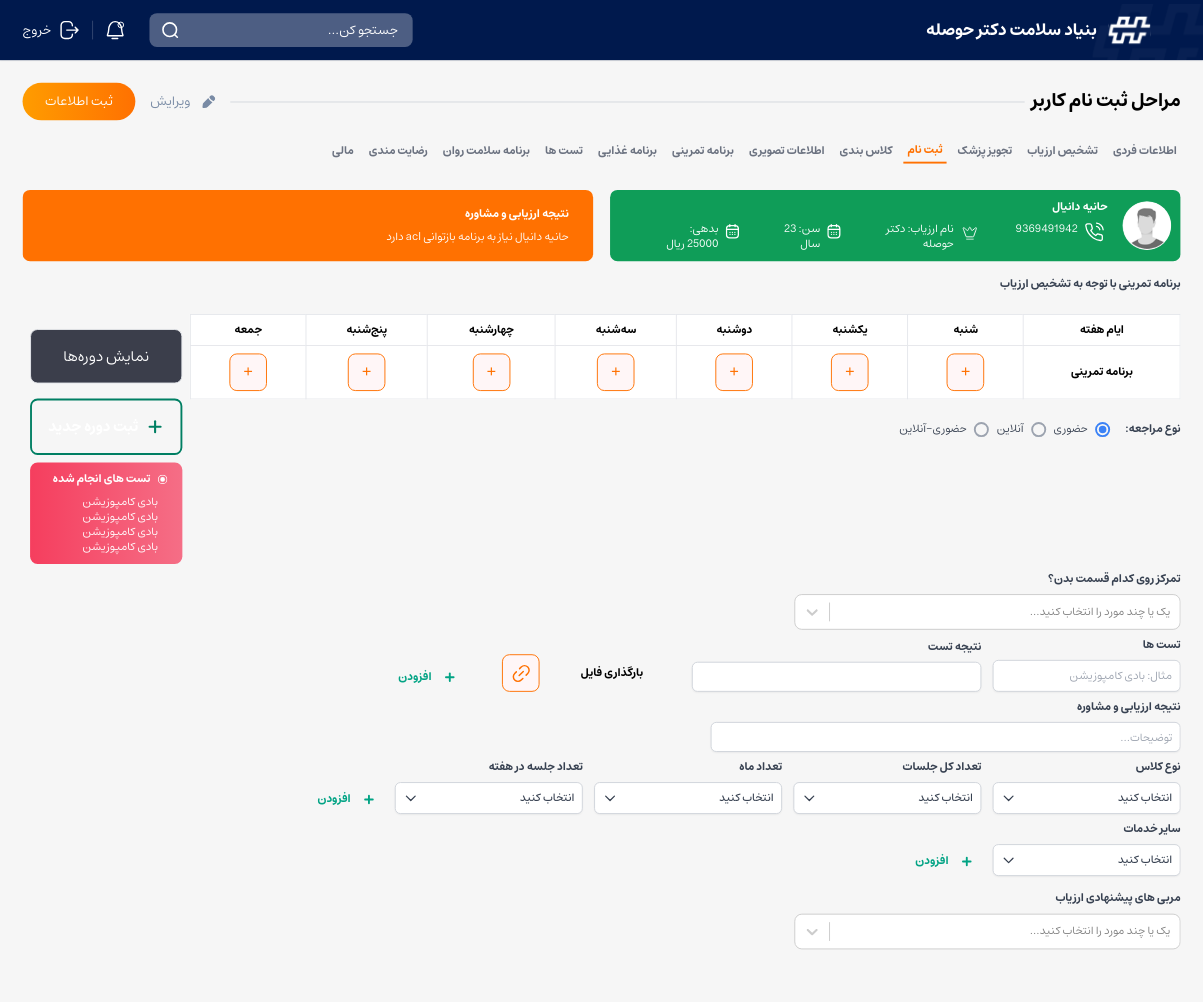
Repository: mirnajafi/ERP_hoseleh_V1.0
Page: /register, after clicking the first element matching `div.flex > :nth-child(4)`
The author's editor kept a copy of each file at every save. The page is drawn from the files as they stood at one save, then again after a run of saves.
The browser window is 1280 px wide. The pictures show the whole page, at 94% of full size.
Some web fonts or font styles are not loaded; a fallback is used. The project was rebuilt for these pictures with package versions that can differ from the ones it lists, and the page was loaded fresh each time. The framework's server and built-in components were replaced by stand-ins that run in the browser. Also part of the build but not shown: next.config.mjs, src/components/icons/trash.tsx, src/components/weekTable/weekTable.css, src/components/icons/copy.tsx, src/components/recognitionEvaluator/recognitionEvaluator.tsx.

Above is the page before, as saved 2025-02-28 23:45:32.

### src/app/layout.tsx
/* eslint-disable @next/next/no-img-element */
import type { Metadata } from "next";
import Header from "@/components/layout/Header";
import "@/app/globals.css";


export const metadata: Metadata = {
  title: "دکتر حوصله",
  description: "بنیاد سلامت دکتر حوصله",
};

export default function RootLayout({ children }: { children: React.ReactNode }) {
  return (
    <html lang="fa" dir="rtl">
      <body className="bg-dashboard-bg min-h-screen">
        {/* Header includes SidebarToggle, so no need to add Sidebar separately */}
        <Header />
        {/* Main Content Area */}
        <main className="transition-all duration-300 mt-16 p-6">
          {children}
        </main>

      </body>
    </html>
  );
}

### src/app/globals.css
@tailwind base;
@tailwind components;
@tailwind utilities;

@font-face {
  font-family: 'Estedad';
  src: url('/fonts/Estedad-Regular.woff2') format('woff2');
  font-weight: normal;
  font-style: normal;
  font-display: swap;
}

@font-face {
  font-family: 'Estedad';
  src: url('/fonts/Estedad-Bold.woff2') format('woff2');
  font-weight: bold;
  font-style: normal;
  font-display: swap;
}

@font-face {
  font-family: 'Estedad';
  src: url('/fonts/Estedad-Medium.woff2') format('woff2');
  font-weight: 500;
  font-style: normal;
  font-display: swap;
}

@font-face {
  font-family: 'Estedad';
  src: url('/fonts/Light.woff2') format('woff2');
  font-weight: 400;
  font-style: normal;
  font-display: swap;
}

@layer base {
  html {
    font-family: 'Estedad'
  }
}

### src/components/formTab/formTab.tsx
import { useState } from "react";

interface Tab {
  label: string;
  content: React.ReactNode;
}

interface TabsProps {
  tabs: Tab[];
  defaultIndex?: number;
}

const Tabs: React.FC<TabsProps> = ({ tabs, defaultIndex = 0 }) => {
  const [activeIndex, setActiveIndex] = useState(defaultIndex);

  return (
    <div className="w-full overflow-hidden">
      <div className="flex py-3 overflow-x-auto whitespace-nowrap">
        {tabs.map((tab, index) => (
          <button
            key={index}
            className={`ml-2 p-1 text-nowrap text-xs font-bold text-sm focus:outline-none ${activeIndex === index
                ? "border-b-2 border-[#FF7101] text-[#FF7101]"
                : "text-gray-500 hover:text-[#FF7101]"
              }`}
            onClick={() => setActiveIndex(index)}
          >
            {tab.label}
          </button>
        ))}
      </div>

      <div className="py-4">{tabs[activeIndex].content}</div>
    </div>
  );
};

export default Tabs;

### src/components/registration/registration.tsx
import Select from "react-select/base";
import WeekTable from "../weekTable/weekTable";
import TransparentBtn from "../transparentBtn/transparentBtn";
import Dropdown from "../dropdown/dropdown";
import InputDescription from "../inputDescription/inputDescription";
import FileUploader from "../fileUploader/fileUploader";
import Input from "../input/input";
import InformationUserBox from "../informationUserBox/informationUserBox";
import { useState } from "react";
import ResultBox from "../resultBox/resultBox";
import PlusIcon from "../icons/plus";
import LeftSideBox from "../leftSideBox/leftSideBox";
import RadioButton from "../radioBtn/radioBtn";

const Registration = () => {

    const [selectedOptions, setSelectedOptions] = useState([]);


    const handleSelect = (option: string) => {
        console.log("انتخاب شده:", option);
    };
    const handleFileUpload = (files: File[]) => {
        console.log("فایل‌های آپلود شده:", files);
    };

    const [selected, setSelected] = useState<string>("option1");


    const [selectedDay, setSelectedDay] = useState<string>("");

    const handleDaySelect = (day: string) => {
        setSelectedDay(day);
    };

    return (
        <div>
            <div className="w-full flex flex-row">
                <InformationUserBox name="حانیه دانیال" age="23" phoneNumber={'9369491942'} evaluator="دکتر حوصله" debt="25000" imageSrc="/images/defaultUser.png" className="w-1/2 lg:ml-2" />
                <ResultBox resultText={"حانیه دانیال نیاز به برنامه بازتوانی acl دارد"} className="w-1/2 lg:mr-2" />
            </div>



            <div className="flex flex-row  my-4 items-center">
                <label className="mb-2 text-xs font-bold text-gray-700 ml-2">برنامه تمرینی با توجه به تشخیص ارزیاب</label>

            </div>

            <div className="w-full flex flex-row">

                <div className="w-full flex flex-col">
                    <WeekTable
                        apiUrl="https://api.majidvalizadeh.com/jalali/next7"
                        selectedDay={selectedDay}
                        onDaySelect={handleDaySelect}
                    />
                    <div className="flex flex-row my-4">
                        <label className="my-2 text-xs font-bold text-gray-700 ml-4">نوع مراجعه:</label>
                        <RadioButton
                            label="حضوری"
                            name="options"
                            value="option1"
                            checked={selected === "option1"}
                            onChange={setSelected}
                        />
                        <RadioButton
                            label="آنلاین"
                            name="options"
                            value="option2"
                            checked={selected === "option2"}
                            onChange={setSelected}
                        />
                        <RadioButton
                            label="حضوری-آنلاین"
                            name="options"
                            value="option3"
                            checked={selected === "option3"}
                            onChange={setSelected}
                        />
                    </div>
                </div>

                <div className="w-1/6 p-2 flex flex-col">
                    <button className="bg-[#3B3E4B] text-white p-4 w-full border rounded-[8px] my-2">نمایش دوره‌ها</button>
                    <button className="bg-transparent text-[#007F63] text-white p-4 w-full border-2 border-[#007F63] rounded-[8px] flex items-center justify-center font-bold my-2"><PlusIcon width={20} height={20} /> ثبت دوره جدید</button>
                    <LeftSideBox title={"تست های انجام شده"} test1={"بادی کامپوزیشن"} />
                </div>
            </div>


            <div className="flex flex-col  w-ful xl:w-1/3">
                <label className="mb-2 text-xs font-bold text-gray-700">تمرکز روی کدام قسمت بدن؟</label>
                <Select
                    isMulti
                    options={[
                        { value: "apple", label: "سیب" },
                        { value: "banana", label: "موز" },
                        { value: "orange", label: "پرتقال" },
                        { value: "grape", label: "انگور" },
                        { value: "watermelon", label: "هندوانه" },
                    ]}
                    value={selectedOptions}
                    onChange={setSelectedOptions}
                    placeholder="یک یا چند مورد را انتخاب کنید..."
                    noOptionsMessage={() => "موردی یافت نشد"}
                    isClearable
                    isSearchable
                    className="text-xs "
                    styles={{
                        control: (base) => ({
                            ...base,
                            borderRadius: "8px",
                            borderColor: "#ccc",
                            boxShadow: "none",
                            "&:hover": { borderColor: "#888" },
                        }),
                    }}
                />
            </div>
            <div className="flex flex-col xl:flex-row w-full xl:items-end xl:justify-right ">
                <Input
                    label="تست ها"
                    type="text"
                    value={''}
                    onChange={() => { }}
                    placeholder="مثال: بادی کامپوزیشن "
                />
                <InputDescription
                    label="نتیجه تست"
                    value={''}
                    placeholder=""
                    className="xl:w-1/4 max-w-[500px]"
                />

                <FileUploader onFileUpload={handleFileUpload} accept="image/*" multiple />
                <TransparentBtn label='افزودن' />
            </div>
            <div className="flex flex-col xl:flex-row w-full xl:items-end xl:justify-right ">

                <InputDescription
                    label="نتیجه ارزیابی و مشاوره"
                    value={''}
                    placeholder="توضیحات..."
                    className="xl:w-1/2 max-w-[500px]"
                    height="h-24"
                />

            </div>

            <div className="flex flex-col xl:flex-row w-full xl:items-end xl:justify-right ">
                <Dropdown
                    label="نوع کلاس"
                    options={["گزینه 1", "گزینه 2", "گزینه 3"]}
                    onSelect={handleSelect}
                />
                <Dropdown
                    label="تعداد کل جلسات"
                    options={["گزینه 1", "گزینه 2", "گزینه 3"]}
                    onSelect={handleSelect}
                />
                <Dropdown
                    label="تعداد ماه"
                    options={["گزینه 1", "گزینه 2", "گزینه 3"]}
                    onSelect={handleSelect}
                />
                <Dropdown
                    label="تعداد جلسه در هفته"
                    options={["گزینه 1", "گزینه 2", "گزینه 3"]}
                    onSelect={handleSelect}
                />
                <TransparentBtn label='افزودن' />

            </div>
            <div className="flex flex-col xl:flex-row w-full xl:items-end xl:justify-right ">
                <Dropdown
                    label="سایر خدمات"
                    options={["گزینه 1", "گزینه 2", "گزینه 3"]}
                    onSelect={handleSelect}
                />
                <TransparentBtn label='افزودن' />

            </div>
            <div className="flex flex-col  w-ful xl:w-1/3 my-4">
                <label className="mb-2 text-xs font-bold text-gray-700">مربی های پیشنهادی ارزیاب</label>
                <Select
                    isMulti
                    options={[
                        { value: "apple", label: "سیب" },
                        { value: "banana", label: "موز" },
                        { value: "orange", label: "پرتقال" },
                        { value: "grape", label: "انگور" },
                        { value: "watermelon", label: "هندوانه" },
                    ]}
                    value={selectedOptions}
                    onChange={setSelectedOptions}
                    placeholder="یک یا چند مورد را انتخاب کنید..."
                    noOptionsMessage={() => "موردی یافت نشد"}
                    isClearable
                    isSearchable
                    className="text-xs "
                    styles={{
                        control: (base) => ({
                            ...base,
                            borderRadius: "8px",
                            borderColor: "#ccc",
                            boxShadow: "none",
                            "&:hover": { borderColor: "#888" },
                        }),
                    }}
                />
            </div>


        </div>
    )

}
export default Registration;

### src/components/SearchInput/SearchInput.tsx
/* eslint-disable @next/next/no-img-element */
"use client";

interface SearchInputProps {
  placeholder?: string;
  className?: string;
}

export default function SearchInput({ placeholder = "جستجو کن...", className = "" }: SearchInputProps) {
  return (
    <div className="relative w-[280px]">
      <input
        type="text"
        placeholder={placeholder}
        className={`w-full h-9 bg-white bg-opacity-30 rounded-lg px-4 text-white placeholder:text-white text-sm focus:outline-none ${className}`}
      />
      <img
        src="/icons/left-icon.svg"
        alt="search"
        className="absolute left-2 top-1/2 -translate-y-1/2 w-7 h-7 brightness-0 invert"
      />
    </div>
  );
}

### src/components/formHeader/formHeader.css
.customeGradient{
    background: linear-gradient(270deg, #FF7101 0%, #FF9C00 100%);
    color: white;
    border-radius: 50px;
    padding:  10px 24px;
}

### src/components/transparentBtn/transparentBtn.tsx
'use client'; // اضافه کردن این خط برای فعال کردن کامپوننت در Client-side

import React from "react";

interface BtnProps {
    label: string;
}

const TransparentBtn: React.FC<BtnProps> = ({ label }) => {

    return (
        <div className="w-250px text-[#01A384] h-full flex xl:items-center xl:justify-center">
            <button className="flex flex-row p-2  h-full flex items-center justify-center font-bold text-xs
">
                <svg width="15" height="15" viewBox="0 0 14 15" fill="none" xmlns="http://www.w3.org/2000/svg" className="ml-3">
                    <path d="M7 3.41666V11.5833" stroke="#01A384" stroke-width="2" stroke-linecap="round" stroke-linejoin="round" />
                    <path d="M2.91602 7.5H11.0827" stroke="#01A384" stroke-width="2" stroke-linecap="round" stroke-linejoin="round" />
                </svg>
                {label}
            </button>
        </div>
    );
};

export default TransparentBtn;

### src/components/inputDescription/inputDescription.tsx
'use client';  // اضافه کردن این خط برای فعال کردن کامپوننت در Client-side

import React from "react";

interface InputProps {
  label: string;
  value: string;
  placeholder?: string;
  required?: boolean;
  className?: string;
  height?:string;
}

const InputDescription: React.FC<InputProps> = ({
  label,
  value,
  placeholder,
  required = false,
  className = "",
  height
}) => {
  return (
    <div className={`w-full xl:w-1/2 ml-3 max-w-[500px] ${className}`}>
      <label className="block text-xs text-gray-700 mb-2 mt-4 xl:my-2 font-bold font-bold">{label}</label>

      <textarea
        value={value}
        placeholder={placeholder}
        required={required}
        className={`block w-full h-8 ${height} p-2 resize-none max-w-200 overflow-hidden text-xs border border-gray-300 rounded-md shadow-sm focus:outline-none focus:ring-2 focus:ring-indigo-500 focus:border-indigo-500`}
      />
    </div>
  );
};

export default InputDescription;

### src/components/resultBox/resultBox.tsx
'use client';

import React from "react";
import './resultBox.css';


interface ResultBoxProps {
    resultText: string;
    className?: string;
}

const ResultBox: React.FC<ResultBoxProps> = ({
    resultText,
    className
}) => {
    return (
        <div className={`w-full flex flex-col lg:flex-row containResultBox text-xs ${className}`}>
            <div className="flex flex-col mr-4">
                <div className="font-bold">نتیجه ارزیابی و مشاوره</div>
                <div className="flex flex-col justify-center items-start lg:flex-row mt-2">
                    <span className="ml-10 flex flex-row-reverse">{resultText}</span>
                </div>
            </div>
        </div>
    );
};

export default ResultBox;

### src/components/icons/plus.tsx
'use client';

import React from "react";

interface IconProps {
    width?: number;
    height?: number;
    color?: string;
}

const PlusIcon: React.FC<IconProps> = ({ width, height }) => {
    return (
        <svg width={width} height={height} viewBox="0 0 36 36" fill="none" className="ml-2" xmlns="http://www.w3.org/2000/svg">
        <path d="M18 7.5V28.5" stroke="#007F63" stroke-width="4" stroke-linecap="round" stroke-linejoin="round"/>
        <path d="M7.5 18H28.5" stroke="#007F63" stroke-width="4" stroke-linecap="round" stroke-linejoin="round"/>
        </svg>


    );
};

export default PlusIcon;

### src/components/radioBtn/radioBtn.tsx
import React from "react";

interface RadioButtonProps {
  label: string;
  name: string;
  value: string;
  checked: boolean;
  onChange: (value: string) => void;
}

const RadioButton: React.FC<RadioButtonProps> = ({ label, name, value, checked, onChange }) => {
  return (
    <label className="flex items-center space-x-2 cursor-pointer text-xs">
      <input
        type="radio"
        name={name}
        value={value}
        checked={checked}
        onChange={() => onChange(value)}
        className="hidden"
      />
      <div
        className={`w-4 h-4 rounded-full border-2 ${
          checked ? "border-blue-500" : "border-gray-400"
        } flex items-center justify-center transition-all`}
      >
        {checked && <div className="w-2 h-2 bg-blue-500 rounded-full" />}
      </div>
      <span className="text-gray-700">{label}</span>
    </label>
  );
};

export default RadioButton;

### src/components/icons/uploader.tsx
'use client';

import React from "react";

interface IconProps {
    width?: number;
    height?: number;
    color?: string;
}

const UploaderIcon: React.FC<IconProps> = ({ width, height }) => {
    return (<svg width={width} height={height} viewBox="0 0 24 24" fill="none" xmlns="http://www.w3.org/2000/svg">
        <path d="M14.1211 9.87866L9.87845 14.1213" stroke="#FF7101" stroke-width="1.5" stroke-linecap="round" />
        <path d="M10.334 7.00003L12.0006 5.33336C13.8416 3.49239 16.8264 3.49239 18.6673 5.33335V5.33335C20.5083 7.17431 20.5083 10.1591 18.6673 12.0001L17.0007 13.6667" stroke="#FF7101" stroke-width="1.5" stroke-linecap="round" />
        <path d="M13.666 17L11.9994 18.6666C10.1584 20.5076 7.17362 20.5076 5.33266 18.6666V18.6666C3.4917 16.8257 3.4917 13.8409 5.33266 11.9999L6.99934 10.3333" stroke="#FF7101" stroke-width="1.5" stroke-linecap="round" />
    </svg>
    );
};

export default UploaderIcon;

### src/components/informationUserBox/informationUserBox.css
.containInfoBox {
  background: #0f9d58;
  color: white;
  justify-content: right;
  align-items: center;
  padding: 10px;
  border-radius: 8px;
}
.imageUser {
  border-radius: 100%;
}

### src/components/resultBox/resultBox.css
.containResultBox {
  background: #FF7101;
  color: white;
  justify-content: right;
  align-items: center;
  padding: 10px;
  border-radius: 8px;
  margin-right: 10px;
}

### src/components/leftSideBox/leftSideBox.css
.containLeftSideBox {
  background: linear-gradient(270deg, #F56E86 0%, #F53E5E 100%);
  color: white;
  justify-content: right;
  align-items: center;
  padding: 10px;
  border-radius: 8px;
}
.special-margin{
  margin-right: -10px;
}

### src/components/icons/circle.tsx

'use client';

import React from "react";

interface IconProps {
    width?: number;
    height?: number;
    color?: string;
}

const CircleIcon: React.FC<IconProps> = ({ width = 21, height = 22 }) => {
    return (
        <svg width={width} height={height} viewBox="0 0 12 12" className="ml-2" fill="none" xmlns="http://www.w3.org/2000/svg">
            <rect width="12" height="12" rx="6" fill="white" />
            <rect x="2" y="2" width="8" height="8" rx="4" fill="white" />
            <rect x="2" y="2" width="8" height="8" rx="4" stroke="#F56B84" stroke-width="2" />
        </svg>

    );
};

export default CircleIcon;

### tailwind.config.ts
import type { Config } from "tailwindcss";

const config: Config = {
  content: [
    "./src/pages/**/*.{js,ts,jsx,tsx,mdx}",
    "./src/components/**/*.{js,ts,jsx,tsx,mdx}",
    "./src/containers/**/*.{js,ts,jsx,tsx,mdx}",
    "./src/app/**/*.{js,ts,jsx,tsx,mdx}",
  ],
  theme: {
    extend: {
      colors: {
        "deep-blue": "#1E3A8A",
        "green": "#8BC34A",
        "orange": "#F97316",
        "red": "#E02D40",
        "yellow": "#FBBF24",
        background: "var(--background)",
        foreground: "var(--foreground)",
        secondry: {
          blue: {
            900: "#00194D",
          },
        },
        primery: {
          600: "#FF7101"
        },
        dashboard: {
          bg: "#F6F6F6"
        }
      },
    },
  },
  plugins: [],
};
export default config;

Loaded but not shown: src/components/personalInfo/personalInfo.tsx (302 lines, source omitted); src/components/weekTable/weekTable.tsx (87 lines, source omitted); src/components/dropdown/dropdown.tsx (69 lines, source omitted); src/components/icons/evaluator.tsx (26 lines, source omitted); src/components/inputDate/inputDate.tsx (67 lines, source omitted); src/components/informationUserBox/informationUserBox.tsx (61 lines, source omitted); src/components/icons/calendar.tsx (35 lines, source omitted); src/components/icons/phoneNumber.tsx (20 lines, source omitted); src/components/formHeader/formHeader.tsx (32 lines, source omitted); src/components/fileUploader/fileUploader.tsx (54 lines, source omitted); src/components/layout/Header.tsx (44 lines, source omitted); src/app/register/page.tsx (48 lines, source omitted); src/components/leftSideBox/leftSideBox.tsx (35 lines, source omitted); src/components/input/input.tsx (40 lines, source omitted)

After the next 2 saves:
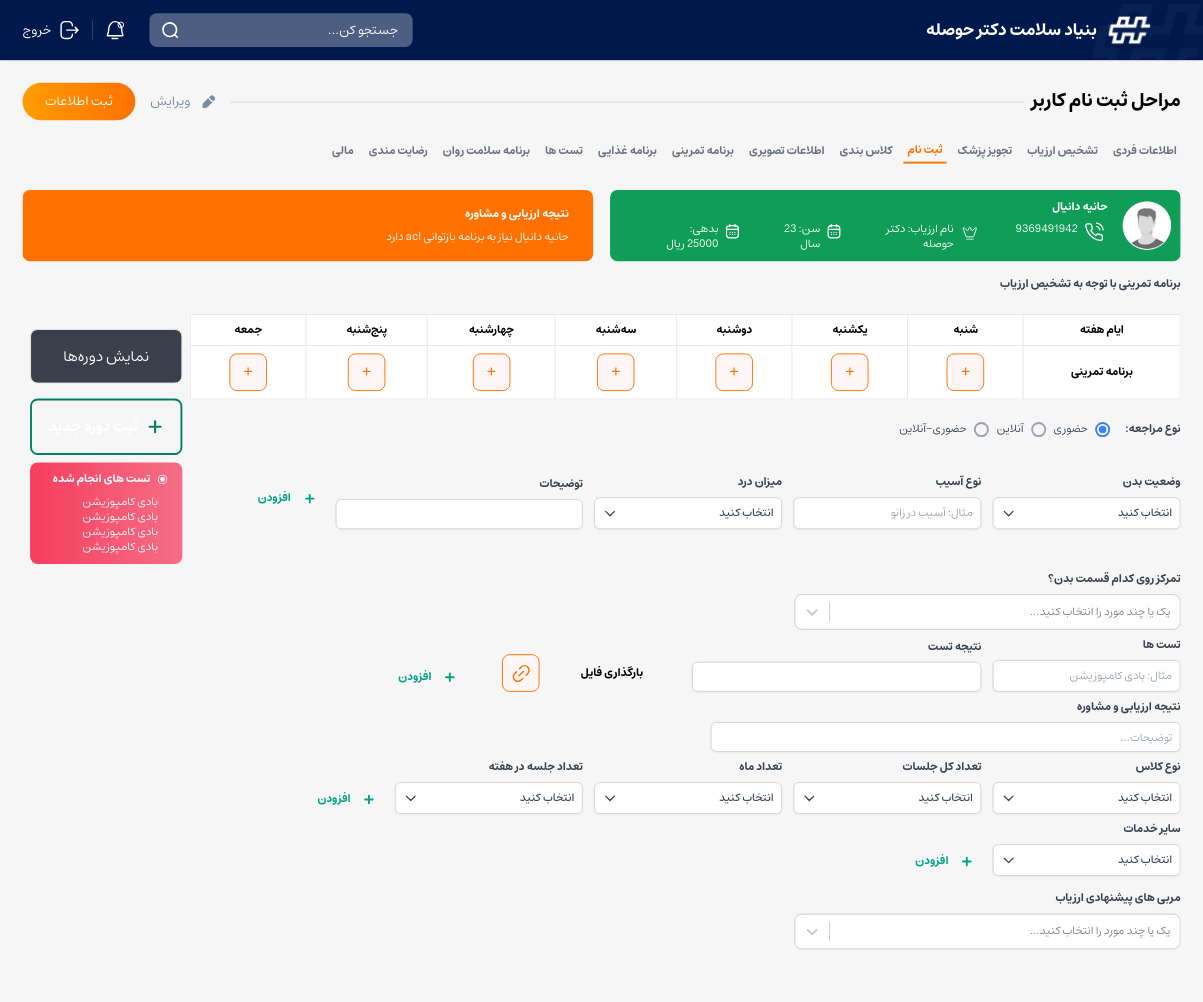
The 2 saves are shown as one change because they came seconds apart.
The last was saved 6 s later.
--- a/src/components/registration/registration.tsx
+++ b/src/components/registration/registration.tsx
@@ -78,6 +78,36 @@ const Registration = () => {
                             checked={selected === "option3"}
                             onChange={setSelected}
                         />
+                    </div>
+
+
+                    <div className="w-full xl:py-2 my-0  flex flex-col xl:flex-row xl:justify-start xl:items-end">
+
+                        <Dropdown
+                            label="وضعیت بدن"
+                            options={["ندارد", "دچار آسیب"]}
+                            onSelect={handleSelect}
+                        />
+                        <Input
+                            label="نوع آسیب"
+                            type="text"
+                            value={''}
+                            onChange={() => { }}
+                            placeholder="مثال: آسیب در زانو "
+                        />
+                        <Dropdown
+                            label="میزان درد"
+                            options={["1", "2"]}
+                            onSelect={handleSelect}
+                        />
+                        <InputDescription
+                            label="توضیحات"
+                            value={''}
+                            placeholder=""
+                            className="xl:w-1/4 max-w-[500px]"
+                        />
+                        <TransparentBtn label='افزودن' />
+
                     </div>
                 </div>
 
